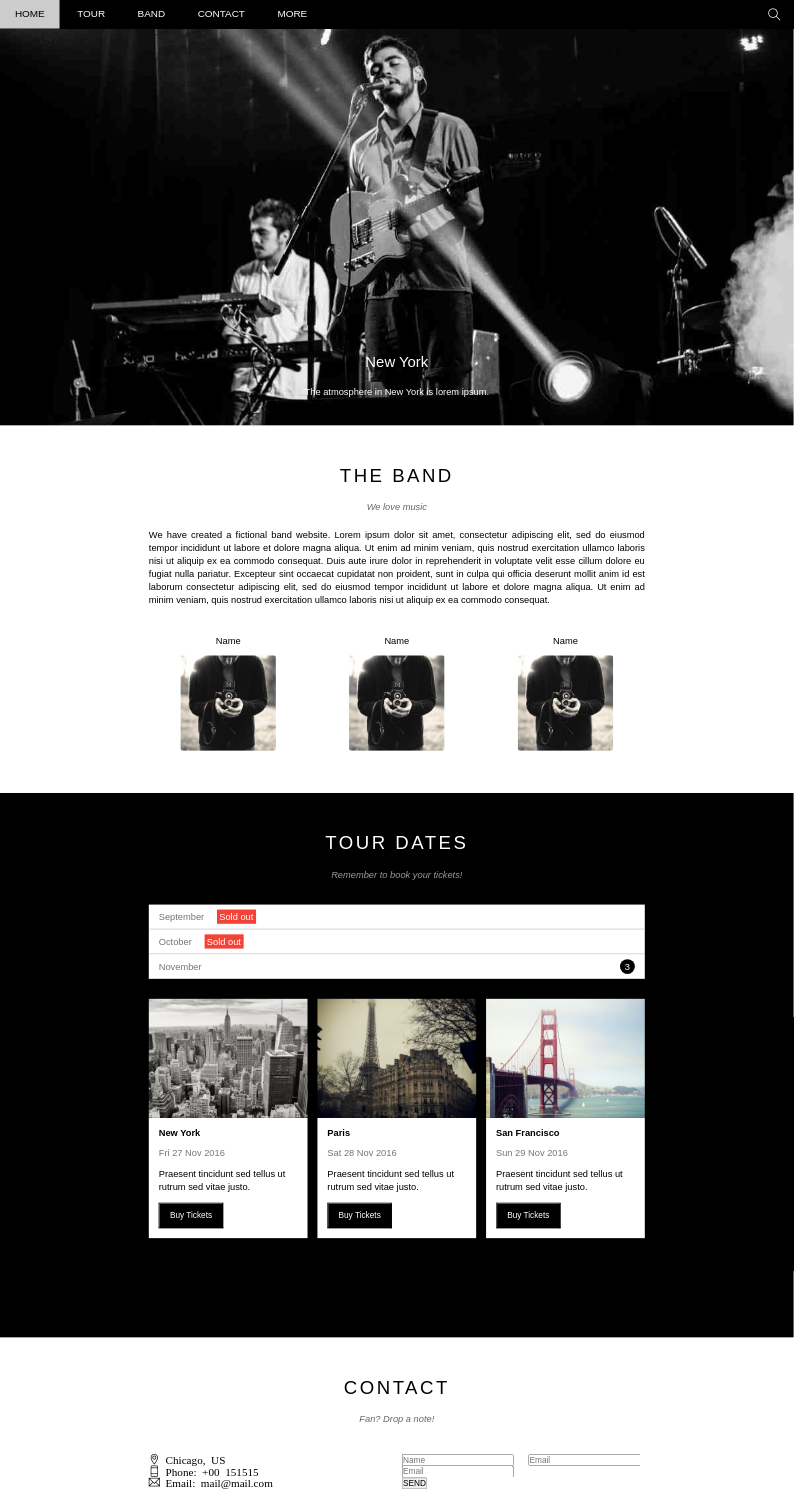
Repository: duyhung0311/band_music
Page: index.html
An editor plug-in stored every save of this project. The page is shown before and after the next save, followed by the edit.
The browser window is 1280 px wide. The pictures show the whole page, at 62% of full size.

Above is the page before, as saved 2021-08-15 12:25:35.

### index.html
<!DOCTYPE html>
<html lang="en">
  <head>
    <meta charset="UTF-8" />
    <meta http-equiv="X-UA-Compatible" content="IE=edge" />
    <meta name="viewport" content="width=device-width, initial-scale=1.0" />
    <title>Document</title>
    <link rel="stylesheet" href="assets/css/style.css" />
    <link
      rel="stylesheet"
      href="./assets/fonts/themify-icons/themify-icons.css"
    />
  </head>
  <body>
    <div id="main">
      <div id="header">
        <!--#ul>li*5>a  -->
        <!-- Begin : Nav -->
        <ul id="nav">
          <li><a href="">Home</a></li>
          <li><a href="">Tour</a></li>
          <li><a href="">Band</a></li>
          <li><a href="">Contact</a></li>
          <li>
            <a href="">
              More
              <i class="nav-arrow-down ti-angle-dow"></i>
            </a>
            <ul class="subnav">
              <li><a href="">Merchandise</a></li>
              <li><a href="">Extras</a></li>
              <li><a href="">Media</a></li>
            </ul>
          </li>
        </ul>
        <!-- End : Nav -->

        <!-- Begin :Search button -->
        <div class="search-btn">
          <i class="search-icon ti-search"></i>
        </div>
        <!-- End :Search button -->
      </div>

      <div id="slider">
        <div class="text-content">
          <h2 class="text-heading">New York</h2>
          <div class="text-description">
            The atmosphere in New York is lorem ipsum.
          </div>
        </div>
      </div>

      <div id="content">
        <!-- About section -->
        <div class="content-section">
          <h2 class="section-heading">THE BAND</h2>
          <p class="section-sub-heading">We love music</p>
          <p class="about-content">
            We have created a fictional band website. Lorem ipsum dolor sit
            amet, consectetur adipiscing elit, sed do eiusmod tempor incididunt
            ut labore et dolore magna aliqua. Ut enim ad minim veniam, quis
            nostrud exercitation ullamco laboris nisi ut aliquip ex ea commodo
            consequat. Duis aute irure dolor in reprehenderit in voluptate velit
            esse cillum dolore eu fugiat nulla pariatur. Excepteur sint occaecat
            cupidatat non proident, sunt in culpa qui officia deserunt mollit
            anim id est laborum consectetur adipiscing elit, sed do eiusmod
            tempor incididunt ut labore et dolore magna aliqua. Ut enim ad minim
            veniam, quis nostrud exercitation ullamco laboris nisi ut aliquip ex
            ea commodo consequat.
          </p>

          <div class="row members-list">
            <div class="col col-third text-center">
              <p class="member-name">Name</p>
              <img
                src="./assets/img/ban/member1.jpg"
                alt=""
                class="member-avatar"
              />
            </div>

            <div class="col col-third text-center">
              <p class="member-name">Name</p>
              <img
                src="./assets/img/ban/member1.jpg"
                alt=""
                class="member-avatar"
              />
            </div>

            <div class="col col-third text-center">
              <p class="member-name">Name</p>
              <img
                src="./assets/img/ban/member1.jpg"
                alt=""
                class="member-avatar"
              />
            </div>

            <div class="clear"></div>
          </div>
        </div>

        <!-- Tour section -->
        <div class="tour-section">
          <div class="content-section">
            <h2 class="section-heading text-white">TOUR DATES</h2>
            <p class="section-sub-heading text-white">
              Remember to book your tickets!
            </p>

            <!-- Ticket list -->
            <ul class="ticket-list">
              <li>September <span class="sold-out">Sold out</span></li>
              <li>October <span class="sold-out">Sold out</span></li>
              <li>November <span class="quantity">3</span></li>
            </ul>

            <!-- Place list -->
            <div class="row places-list">
              <div class="col col-third">
                <img
                  src="./assets//img/place/place1.jpg"
                  alt="New York"
                  class="place-img"
                />
                <div class="place-body">
                  <h3 class="place-heading">New York</h3>
                  <p class="place-time">Fri 27 Nov 2016</p>
                  <p class="place-description">
                    Praesent tincidunt sed tellus ut rutrum sed vitae justo.
                  </p>
                  <button class="place-buy-btn js-buy-ticket">
                    Buy Tickets
                  </button>
                </div>
              </div>

              <div class="col col-third">
                <img
                  src="./assets//img/place/place2.jpg"
                  alt="Paris"
                  class="place-img"
                />
                <div class="place-body">
                  <h3 class="place-heading">Paris</h3>
                  <p class="place-time">Sat 28 Nov 2016</p>
                  <p class="place-description">
                    Praesent tincidunt sed tellus ut rutrum sed vitae justo.
                  </p>
                  <button class="place-buy-btn js-buy-ticket">
                    Buy Tickets
                  </button>
                </div>
              </div>
              <div class="col col-third">
                <img
                  src="./assets//img/place/place3.jpg"
                  alt="San Francisco"
                  class="place-img"
                />
                <div class="place-body">
                  <h3 class="place-heading">San Francisco</h3>
                  <p class="place-time">Sun 29 Nov 2016</p>
                  <p class="place-description">
                    Praesent tincidunt sed tellus ut rutrum sed vitae justo.
                  </p>
                  <button class="place-buy-btn js-buy-ticket">
                    Buy Tickets
                  </button>
                </div>
              </div>
              <div class="clear"></div>
            </div>
          </div>
        </div>

        <!-- Tour section -->
        <div class="content-section">
          <h2 class="section-heading">CONTACT</h2>
          <p class="section-sub-heading">Fan? Drop a note!</p>
          <div class="row contact-content">
            <div class="col col-half contact-info">
              <p><i class="ti-location-pin"> Chicago, US </i></p>
              <p><i class="ti-mobile"> Phone: +00 151515 </i></p>
              <p><i class="ti-email"> Email: mail@mail.com </i></p>
            </div>
            <div class="col col-half">
              <form action="">
                <div class="row">
                  <div class="col col-half">
                    <input
                      type="text"
                      name=""
                      id=""
                      placeholder="Name"
                      class="form-control"
                    />
                  </div>
                  <div class="col col-half">
                    <input
                      type="email"
                      name=""
                      id=""
                      placeholder="Email"
                      class="form-control"
                    />
                  </div>
                </div>
                <div class="row">
                   <div class="col col-full">
                    <input
                      type="email"
                      name=""
                      id=""
                      placeholder="Email"
                      class="form-control"
                    />
                  </div>
                </div>
                <input type="submit" value="SEND">
              </form>
            </div>
          </div>
        </div>
      </div>

      <div id="footer"></div>
    </div>
    <div class="modal js-modal">
      <div class="modal-container js-modal-container">
        <div class="modal-close js-modal-close">
          <i class="ti-close"></i>
        </div>
        <header class="modal-header">
          <i class="modal-heading-icon ti-bag"></i>
          Tickets
        </header>
        <div class="modal-body">
          <label for="ticket-quantity" class="modal-label">
            <i class="ti-shopping-cart"></i>
            Tickets, $15 per person
          </label>
          <input
            id="quantity"
            type="text"
            placeholder="How many?"
            class="modal-input"
          />

          <label for="email" class="modal-label">
            <i class="ti-user"></i>
            Send To
          </label>
          <input
            id="email"
            type="text"
            placeholder="Email"
            class="modal-input"
          />
          <button id="buy-tickets">Pay <i class="ti-check"></i></button>
        </div>
        <footer class="modal-footer">
          <p class="modal-help">Need <a href="">help?</a></p>
        </footer>
      </div>
    </div>
    <script>
      const buyBtns = document.querySelectorAll(".js-buy-ticket");
      const modal = document.querySelector(".modal");
      const modalClose = document.querySelector(".js-modal-close");
      const modalContainer = document.querySelector(".js-modal-container");
      // Hàm hiển thị modal
      function showBuyTickets() {
        modal.classList.add("open");
      }
      // Hàm ẩn đi modal mua vé
      function showCloseTickets() {
        modal.classList.remove("open");
      }
      for (const buyBtn of buyBtns) {
        buyBtn.addEventListener("click", showBuyTickets);
      }
      modalClose.addEventListener("click", showCloseTickets);
      modal.addEventListener("click", showCloseTickets);
      modalContainer.addEventListener("click", function (event) {
        event.stopPropagation();
      });
    </script>
  </body>
</html>

### assets/css/style.css
/*Reset CSS*/
* {
  padding: 0;
  margin: 0;
  box-sizing: border-box;
}
html {
  font-family: Arial, Helvetica, sans-serif;
}
/*
    1. Từ ngoài vào trong
    2. Từ trên xuống dưới
    3. Từ tổng quan đến chi tiết
*/
/*
    1. Vị trí
    2. Kích thước (width height)
    3. Màu sắc
    4. Kiểu dáng (kiểu chữ, hình tròn, vuông, ....)
*/
.clear{
    clear: both;
}
.text-center {
    text-align: center !important;
}
.text-white {
    color: #fff !important;
}

#main {
}
#header {
  position: fixed;
  top: 0;
  left: 0;
  right: 0;
  z-index: 1;
  height: 46px;
  background-color: #000;
}

#nav {
  display: inline-block;
}

/* cách bỏ dấu chấm đầu dòng của thằng ul */
#nav,
.subnav {
  list-style-type: none;
}

#nav > li {
  display: inline-block;
}
#nav li {
  /* inline là trên 1 hàng block giữ lại kích thước khối */
  position: relative;
}

#nav > li > a {
  color: #fff;
  text-transform: uppercase;
}

#nav li a {
  text-decoration: none;
  line-height: 46px;
  padding: 0 24px;
  display: block;
  /* inline k tính chiều cao và chiều rộng được */
}

#nav li:hover .subnav {
  display: block;
}

#nav > li:hover > a,
#nav .subnav li:hover a {
  color: #000;
  background-color: #ccc;
}

#nav .subnav {
  display: none;
  min-width: 160px;
  position: absolute;
  top: 100%;
  /* top = 100% là nó lấy chính chiều cao
    100% của chính nó */
  left: 0;
  background-color: #fff;
  box-shadow: 0 0 10px rgba(0, 0, 0, 0.3);
}

#nav .subnav a {
  color: #000;
  padding: 0 12px;
  line-height: 38px;
}

#nav .nav-arrow-down {
  font-size: 14px;
}

#header .search-btn {
  float: right;
  padding: 0 21px;
  cursor: pointer;
}

#header .search-btn:hover {
  background-color: #f44336;
}

#header .search-icon {
  color: #fff;
  font-size: 20px;
  line-height: 46px;
}

#slider {
    position: relative;
    margin-top: 46px;
    padding-top: 50%;
    background:url('./../img/slider/slider1.jpg') top center / cover no-repeat;
}
#slider .text-content   {
    position: absolute;
    bottom: 46px;
    left: 50%;
    color: #fff;
    transform: translateX(-50%);
    text-align: center;
}

#slider .text-heading   {
    font-weight: 500;
    font-size: 24px;
}

#slider .text-description   {
    font-size: 15px;
    margin-top: 25px;
}

#content {

}

#content .content-section{
    width: 800px;
    margin: 0 auto;
    padding: 64px 0;
}

#content .section-heading {
    font-size: 30px;
    font-weight: 500;
    letter-spacing: 4px;
}

#content .section-sub-heading,
#content .about-content {
    margin-top: 25px;
    font-size: 15px;
}

#content .section-heading,
#content .section-sub-heading {
    text-align: center;
}

#content .section-sub-heading {
    font-style: italic;
    opacity: 0.6;
}

#content .about-content {
    text-align: justify;
    line-height: 1.4;
}

#content .members-list {
    margin-top: 48px;
    /* overflow: hidden; */
}

#content .member-item {
    text-align: center;
}

#content .member-name {
    font-size: 15px;
}

#content .member-avatar {
    width: 154px;
    margin-top:15px;
    border-radius: 4px;
}
/* Tour section */
.tour-section {
    background: #000;
}

.ticket-list li {
    color: #757575;
    font-size: 15px;
    padding: 11px 16px;
    border-bottom: 1px solid #bbb;
    list-style-type: none;
}

.ticket-list {
    background:#fff;
    margin-top: 40px;
}


.ticket-list .sold-out {
    color: #fff;
    background: #f44336;
    padding: 3px 4px;
    margin-left: 16px;
}

.ticket-list .quantity {
    float: right;
    margin-top: -3px;
    width: 24px;
    height: 24px;
    background:#000;
    color: #fff;
    border-radius: 50%;
    text-align: center;
    line-height: 24px;
}
.places-list{
    margin-top: 32px;
    margin-bottom: 48px;
    padding-bottom: 48px;
}

/* .places-list .place-item{ */
    /* float: left;
    padding: 0 8px; */
    /* width: calc(100%/3); */
/* } */
.places-list .place-img{
    width: 100%;
    display: block;
}
.places-list .place-img:hover{
    opacity: 0.6;
}
.places-list .place-body{
    padding: 16px;
    background-color: #fff;
    font-size: 15px;
}
.place-body .place-heading{
    font-size: 15px;
    font-weight:600;
}
.place-body .place-time{
    margin-top: 15px;
    color: #757575;
}
.place-body .place-description{
    margin-top: 15px;
    line-height: 1.4;
}
.place-body .place-buy-btn{
    color: #fff;
    background :#000;
    text-decoration: none;
    padding:11px 16px;
    display: inline-block;
    margin-top: 15px;
}
.place-body .place-buy-btn:hover{
    color: #000;
    background: #ccc;
}
/* Footer section */
#footer {
}
.modal{
    position: fixed;
    top: 0;
    bottom: 0;
    left: 0;
    right: 0;
    background: rgba(0,0,0,0.3);
    display: none;
    align-items: center;
    justify-content: center;
}
.modal.open {
    display: flex;
}
.modal .modal-container {
    background: #fff;
    width: 900px;
    min-height: 200px;
    max-width: calc(100% - 32px);
    animation: modalFadeIn ease-in .5s;
}
.modal .modal-header{
    background: #009688;
    height: 130px;
    display: flex;
    align-items: center;
    justify-content: center;
    font-size: 30px;
    color: #fff;
}
.modal-header .modal-heading-icon {
    margin-right: 16px;
}
.modal .modal-container {
    position: relative;
}
.modal-container .modal-close {
    position: absolute;
    top: 0;
    right: 0;
    padding: 12px;
    cursor: pointer;
    opacity: 0.9;
}
.modal-container .modal-close:hover {
    opacity: 1;
}
.modal-container .modal-body {
    padding: 16px;
}
.modal-body .modal-label {
    display: block;
    font-size: 15px;
    margin-bottom: 12px;
}
.modal-body .modal-input {
    border:1px solid #ccc;
    width: 100%;
    padding: 10px;
    font-size: 15px;
    margin-bottom: 24px;
}
.modal-body #buy-tickets{
      background: #009688;
      border: none;
      color:#fff;
      width: 100%;
      text-transform: uppercase;
      padding:18px;
      cursor: pointer;
}
.modal-body #buy-tickets:hover {
    opacity: 0.9;
}
.modal-footer{
    padding: 16px;
    text-align: right;
}
.modal-footer a {
    color: #2196f3;
}
.row {
    margin-left: -8px;
    margin-right: -8px;
}
.col {
    padding-left: 8px;
    padding-right: 8px;
    float: left;
}
.col-third {
    width:calc(100% / 3)
}
.col-half {
    width:50%;
}
.col-full {
    width:100%;
}
.contact-content{
    margin-top: 48px;
}
.contact-info {
    font-size: 18px;
    line-height: 4px;
}
.contact-info i[class*="ti-"]  {
    width: 30px;
}
@keyframes modalFadeIn {
    from {
        transform: translateY(-140px);
        opacity: 0;
    }
    to {
        transform: translateY(0);
        opacity: 1;
    }
}

Loaded but not shown: assets/fonts/themify-icons/themify-icons.css (common file)

After the next save:
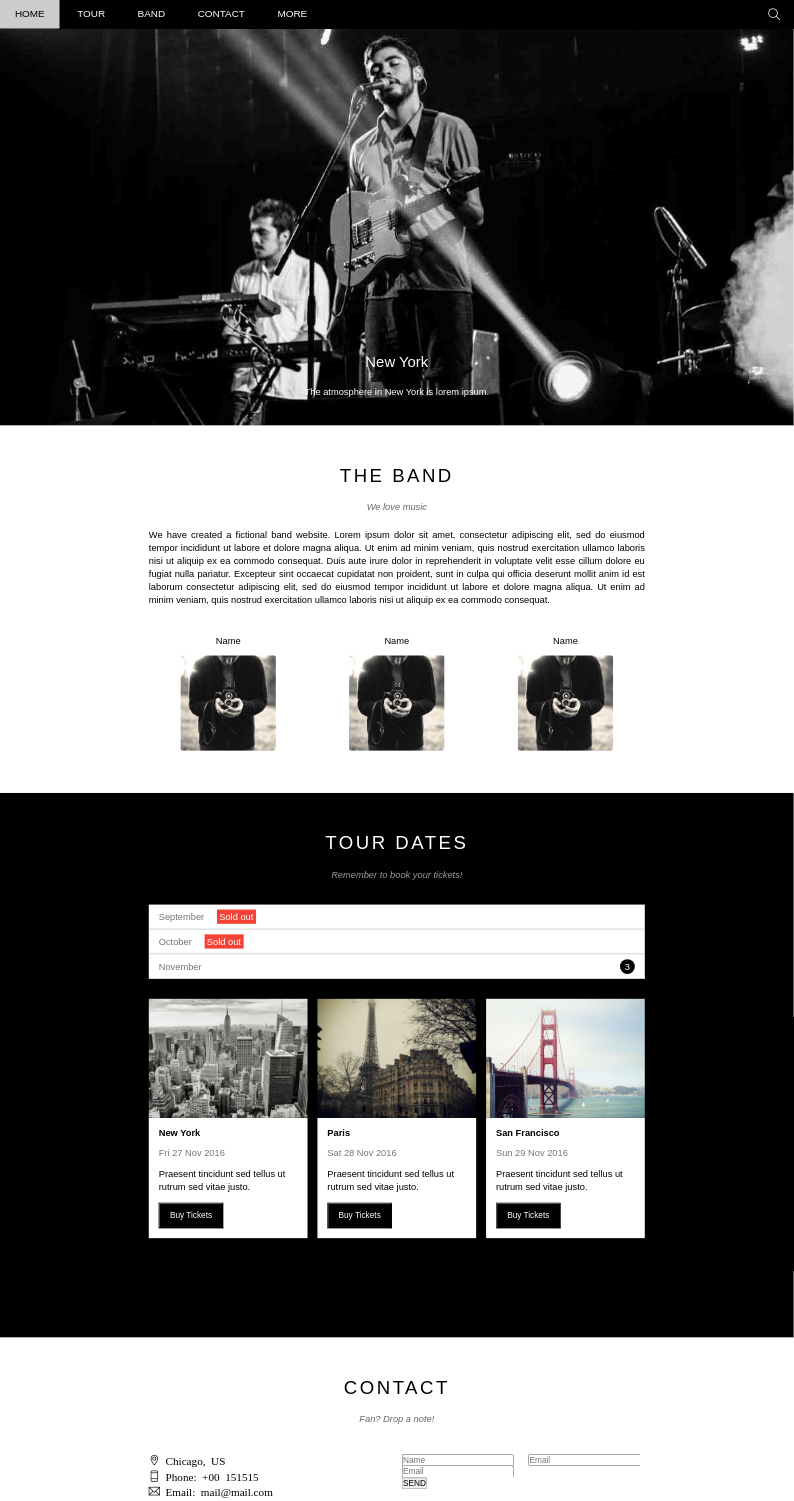
Saved 2 min 53 s later.
--- a/assets/css/style.css
+++ b/assets/css/style.css
@@ -390,7 +390,7 @@
 }
 .contact-info {
     font-size: 18px;
-    line-height: 4px;
+    line-height: 1.4;
 }
 .contact-info i[class*="ti-"]  {
     width: 30px;
